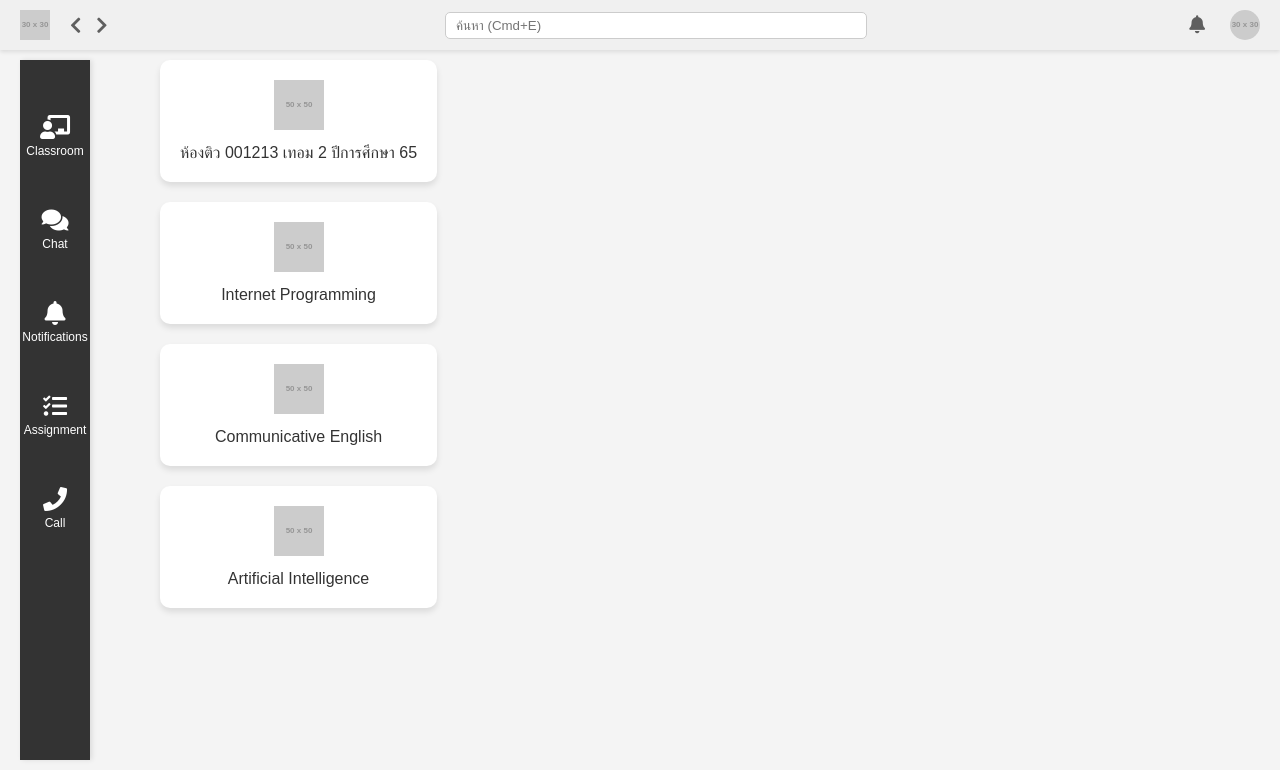
Repository: praifas16/ProPro
Page: docs/studenthead.html
These files come from the project's save history. The page is drawn as it stood at one moment and after the next save; the edit follows.
The browser window is 1280 px wide. The pictures show the whole page.

Above is the page before, as saved 2024-08-21 20:49:28.

### docs/studenthead.html
<!DOCTYPE html>
<html lang="th">
  <head>
    <link rel="stylesheet" href="https://cdnjs.cloudflare.com/ajax/libs/font-awesome/5.15.4/css/all.min.css">
    <meta charset="UTF-8" />
    <meta name="viewport" content="width=device-width, initial-scale=1.0" />
    <title>My Dashboard</title>
    <style>
      body {
        font-family: Arial, sans-serif;
        margin: 0;
        padding: 0;
        background-color: #f4f4f4;
        display: flex;
        flex-direction: column;
        height: 100vh;
      }

      /* แถบเมนูด้านบน */
      .topbar {
        background-color: #f0f0f0;
        padding: 10px 20px;
        display: flex;
        align-items: center;
        justify-content: space-between;
        box-shadow: 0px 2px 4px rgba(0, 0, 0, 0.1);
      }

      .topbar .left-section {
        display: flex;
        align-items: center;
      }

      .topbar .left-section .logo {
        display: flex;
        align-items: center;
        margin-right: 20px;
      }

      .topbar .left-section .logo img {
        width: 30px;
        height: 30px;
      }

      .topbar .left-section .navigation {
        display: flex;
        align-items: center;
      }

      .topbar .left-section .navigation i {
        font-size: 18px;
        color: #5f5f5f;
        margin-right: 15px;
        cursor: pointer;
      }

      .topbar .search-bar {
        flex-grow: 1;
        display: flex;
        justify-content: center;
      }

      .topbar .search-bar input {
        width: 400px; /* ปรับขนาดช่องค้นหาให้เท่ากับขนาดเดิม */
        padding: 5px 10px;
        border-radius: 5px;
        border: 1px solid #ccc;
        background-color: #fff;
        color: #333;
      }

      .topbar .user-section {
        display: flex;
        align-items: center;
      }

      .topbar .user-section img {
        width: 30px;
        height: 30px;
        border-radius: 50%;
        margin-left: 10px;
      }

      .topbar .user-section .notification {
        margin-right: 15px;
        position: relative;
        font-size: 18px;
        color: #5f5f5f;
        cursor: pointer;
      }

      /* เมนูแถบข้าง */
      .sidebar {
        width: 70px; /* ปรับขนาด sidebar ให้เท่ากับขนาดเดิม */
        background-color: #333;
        color: white;
        height: calc(100vh - 60px); /* Adjusted to take into account the topbar height */
        padding: 20px 0; /* เพิ่มเติม padding เพื่อให้เท่ากับเดิม */
        box-shadow: 2px 0 5px rgba(0, 0, 0, 0.1);
        display: flex;
        flex-direction: column;
        align-items: center;
      }

      .menu-items {
        margin-top: 20px; /* ขยับเมนูขึ้นไปด้านบน */
      }

      .sidebar a {
        display: flex;
        flex-direction: column;
        align-items: center;
        color: white;
        padding: 15px;
        text-decoration: none;
        margin-bottom: 20px; /* ปรับระยะห่างระหว่างเมนู */
        font-size: 12px;
        text-align: center;
      }

      .sidebar a:hover {
        background-color: #5f5f5f;
        border-radius: 4px;
        width: 100%;
        text-align: center;
      }

      .sidebar i {
        font-size: 24px;
        margin-bottom: 5px;
      }

      /* โครงสร้างหน้าเว็บหลัก */
      .main-content {
        display: flex;
        flex-direction: column;
        flex-grow: 1;
        padding: 10px 20px;
      }

      .container-wrapper {
        display: flex;
        flex-direction: row;
        align-items: flex-start;
      }

      .container {
        margin-left: 70px; /* เว้นที่ด้านซ้ายให้พอดีกับ Sidebar */
        display: grid;
        grid-template-columns: repeat(auto-fill, minmax(150px, 1fr)); /* ปรับขนาดของ card ให้เท่ากับเดิม */
        gap: 20px; /* ลดช่องว่างระหว่างการ์ด */
      }

      .card {
        background-color: #ffffff;
        border-radius: 10px;
        box-shadow: 0 4px 6px rgba(0, 0, 0, 0.1);
        text-align: center;
        padding: 20px; /* ปรับ padding ของ card */
        transition: transform 0.3s;
      }

      .card:hover {
        transform: scale(1.05);
      }

      .card img {
        width: 50px;
        height: 50px;
        margin-bottom: 10px;
      }

      .card p {
        margin: 0;
        font-size: 16px;
        color: #333;
      }
    </style>
  </head>
  <body>
    <!-- แถบเมนูด้านบน -->
    <div class="topbar">
      <div class="left-section">
        <div class="logo">
          <img src="https://via.placeholder.com/30" alt="Logo" />
        </div>
        <div class="navigation">
          <i class="fas fa-chevron-left"></i>
          <i class="fas fa-chevron-right"></i>
        </div>
      </div>
      <div class="search-bar">
        <input type="text" placeholder="ค้นหา (Cmd+E)" />
      </div>
      <div class="user-section">
        <div class="notification">
          <i class="fa fa-bell"></i>
        </div>
        <img src="https://via.placeholder.com/30" alt="User Avatar" />
      </div>
    </div>

    <!-- เนื้อหาหลัก -->
    <div class="main-content">
      <div class="container-wrapper">
        <!-- เมนูแถบข้าง -->
        <div class="sidebar">
          <div class="menu-items">
            <a href="#"
              ><i class="fa fa-chalkboard-teacher"></i><span>Classroom</span></a>
            <a href="#"><i class="fa fa-comments"></i><span>Chat</span></a>
            <a href="#"><i class="fa fa-bell"></i><span>Notifications</span></a>
            <a href="#"><i class="fa fa-tasks"></i><span>Assignment</span></a>
            <a href="#"><i class="fa fa-phone"></i><span>Call</span></a>
          </div>
        </div>

        <!-- ส่วนของ .container -->
        <div class="container">
          <div class="card">
            <img src="https://via.placeholder.com/50" alt="icon" />
            <p>ห้องติว 001213 เทอม 2 ปีการศึกษา 65</p>
          </div>
          <div class="card">
            <img src="https://via.placeholder.com/50" alt="icon" />
            <p>Internet Programming</p>
          </div>
          <div class="card">
            <img src="https://via.placeholder.com/50" alt="icon" />
            <p>Communicative English</p>
          </div>
          <div class="card">
            <img src="https://via.placeholder.com/50" alt="icon" />
            <p>Artificial Intelligence</p>
          </div>
          <!-- เพิ่มเติม Card อื่น ๆ ตามต้องการ -->
        </div>
      </div>
    </div>
  </body>
</html>

After the next save:
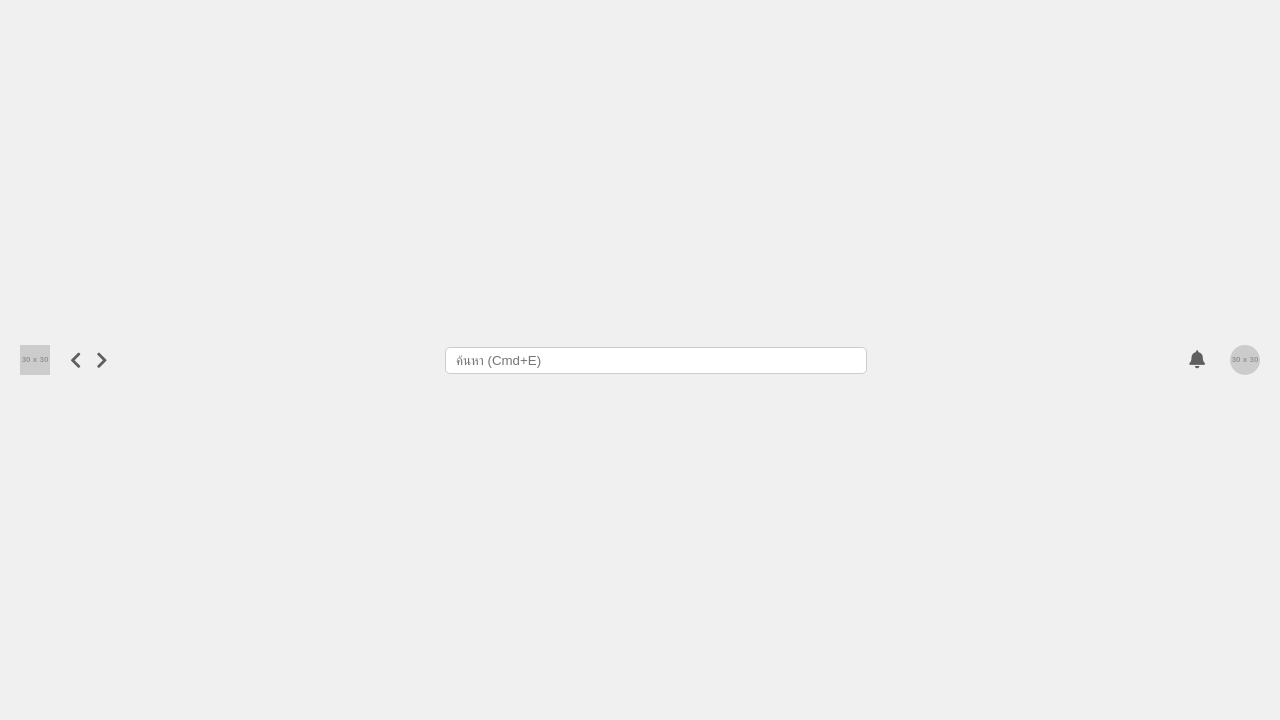
Saved 101 s later.
--- a/docs/studenthead.html
+++ b/docs/studenthead.html
@@ -12,7 +12,6 @@
         padding: 0;
         background-color: #f4f4f4;
         display: flex;
-        flex-direction: column;
         height: 100vh;
       }
 
@@ -24,6 +23,7 @@
         align-items: center;
         justify-content: space-between;
         box-shadow: 0px 2px 4px rgba(0, 0, 0, 0.1);
+        width: 100%;
       }
 
       .topbar .left-section {
@@ -61,7 +61,7 @@
       }
 
       .topbar .search-bar input {
-        width: 400px; /* ปรับขนาดช่องค้นหาให้เท่ากับขนาดเดิม */
+        width: 400px;
         padding: 5px 10px;
         border-radius: 5px;
         border: 1px solid #ccc;
@@ -91,11 +91,11 @@
 
       /* เมนูแถบข้าง */
       .sidebar {
-        width: 70px; /* ปรับขนาด sidebar ให้เท่ากับขนาดเดิม */
+        width: 70px;
         background-color: #333;
         color: white;
         height: calc(100vh - 60px); /* Adjusted to take into account the topbar height */
-        padding: 20px 0; /* เพิ่มเติม padding เพื่อให้เท่ากับเดิม */
+        padding: 20px 0;
         box-shadow: 2px 0 5px rgba(0, 0, 0, 0.1);
         display: flex;
         flex-direction: column;
@@ -103,7 +103,11 @@
       }
 
       .menu-items {
-        margin-top: 20px; /* ขยับเมนูขึ้นไปด้านบน */
+        flex-grow: 1;
+        display: flex;
+        flex-direction: column;
+        align-items: center;
+        justify-content: flex-start;
       }
 
       .sidebar a {
@@ -111,9 +115,9 @@
         flex-direction: column;
         align-items: center;
         color: white;
-        padding: 15px;
+        padding: 10px;
         text-decoration: none;
-        margin-bottom: 20px; /* ปรับระยะห่างระหว่างเมนู */
+        margin-bottom: 20px;
         font-size: 12px;
         text-align: center;
       }
@@ -132,23 +136,16 @@
 
       /* โครงสร้างหน้าเว็บหลัก */
       .main-content {
-        display: flex;
-        flex-direction: column;
         flex-grow: 1;
-        padding: 10px 20px;
-      }
-
-      .container-wrapper {
-        display: flex;
-        flex-direction: row;
-        align-items: flex-start;
+        padding: 20px;
+        margin-left: 70px; /* ปรับให้สอดคล้องกับ sidebar */
       }
 
       .container {
-        margin-left: 70px; /* เว้นที่ด้านซ้ายให้พอดีกับ Sidebar */
         display: grid;
-        grid-template-columns: repeat(auto-fill, minmax(150px, 1fr)); /* ปรับขนาดของ card ให้เท่ากับเดิม */
-        gap: 20px; /* ลดช่องว่างระหว่างการ์ด */
+        grid-template-columns: repeat(auto-fill, minmax(150px, 1fr));
+        gap: 20px;
+        padding-top: 0px;
       }
 
       .card {
@@ -156,7 +153,7 @@
         border-radius: 10px;
         box-shadow: 0 4px 6px rgba(0, 0, 0, 0.1);
         text-align: center;
-        padding: 20px; /* ปรับ padding ของ card */
+        padding: 20px;
         transition: transform 0.3s;
       }
 
@@ -197,45 +194,4 @@
           <i class="fa fa-bell"></i>
         </div>
         <img src="https://via.placeholder.com/30" alt="User Avatar" />
-      </div>
-    </div>
-
-    <!-- เนื้อหาหลัก -->
-    <div class="main-content">
-      <div class="container-wrapper">
-        <!-- เมนูแถบข้าง -->
-        <div class="sidebar">
-          <div class="menu-items">
-            <a href="#"
-              ><i class="fa fa-chalkboard-teacher"></i><span>Classroom</span></a>
-            <a href="#"><i class="fa fa-comments"></i><span>Chat</span></a>
-            <a href="#"><i class="fa fa-bell"></i><span>Notifications</span></a>
-            <a href="#"><i class="fa fa-tasks"></i><span>Assignment</span></a>
-            <a href="#"><i class="fa fa-phone"></i><span>Call</span></a>
-          </div>
-        </div>
-
-        <!-- ส่วนของ .container -->
-        <div class="container">
-          <div class="card">
-            <img src="https://via.placeholder.com/50" alt="icon" />
-            <p>ห้องติว 001213 เทอม 2 ปีการศึกษา 65</p>
-          </div>
-          <div class="card">
-            <img src="https://via.placeholder.com/50" alt="icon" />
-            <p>Internet Programming</p>
-          </div>
-          <div class="card">
-            <img src="https://via.placeholder.com/50" alt="icon" />
-            <p>Communicative English</p>
-          </div>
-          <div class="card">
-            <img src="https://via.placeholder.com/50" alt="icon" />
-            <p>Artificial Intelligence</p>
-          </div>
-          <!-- เพิ่มเติม Card อื่น ๆ ตามต้องการ -->
-        </div>
-      </div>
-    </div>
-  </body>
-</html>
+      </d
